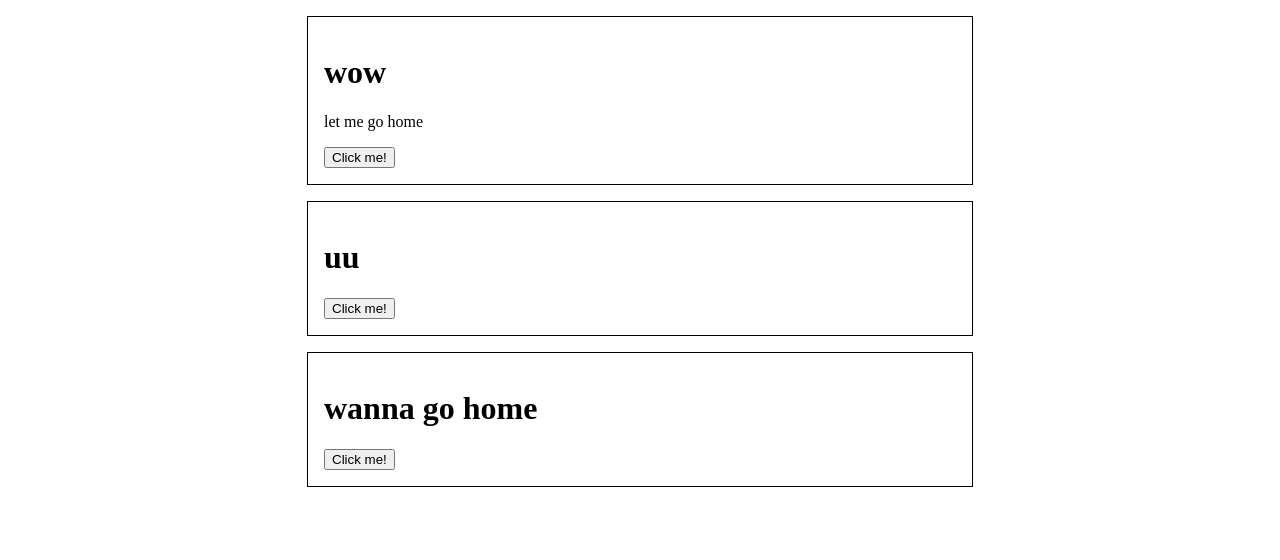
Repository: Jinontheclock/COMP3170_Assignment
Page: /
The author's editor kept a copy of each file at every save. The page is drawn from the files as they stood at one save, then again after the next save.
The browser window is 1280 px wide. The pictures show the whole page.
The project was rebuilt for these pictures with package versions that can differ from the ones it lists, and the page was loaded fresh each time. Also part of the build but not shown: vite.config.js.

Above is the page before, as saved 2025-09-08 16:05:44.

After the next save:
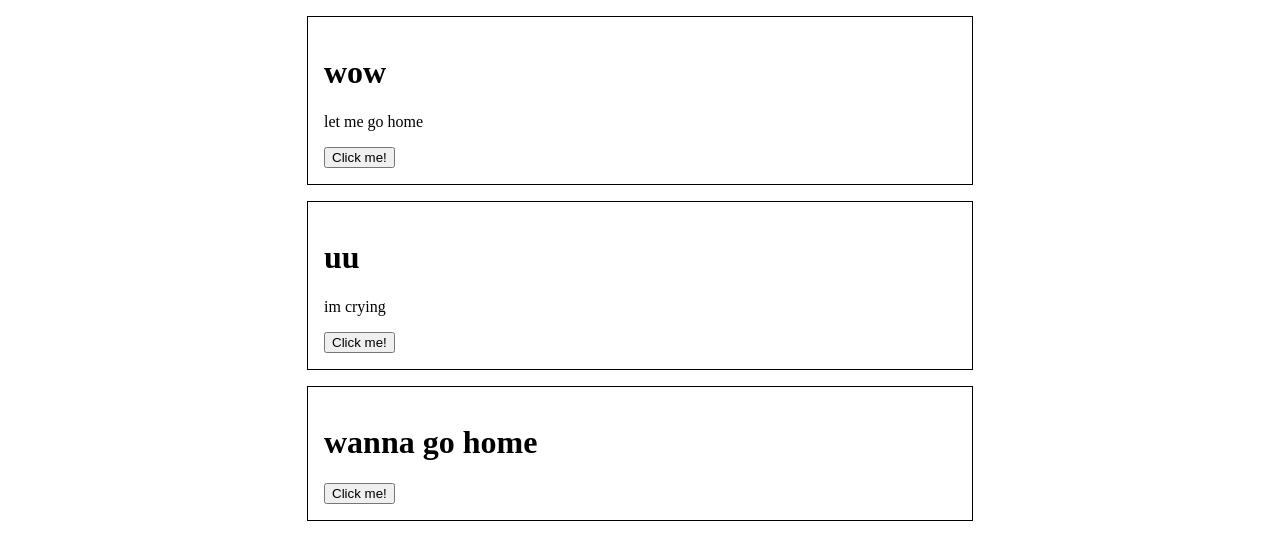
Saved 10 s later.
--- a/src/App.jsx
+++ b/src/App.jsx
@@ -4,7 +4,7 @@
   return (
     <div>
       <Excerpt title="wow" body="let me go home" />
-       <Excerpt title="uu" />
+       <Excerpt title="uu" body="im crying" />
         <Excerpt title="wanna go home" />
     </div>
   )
